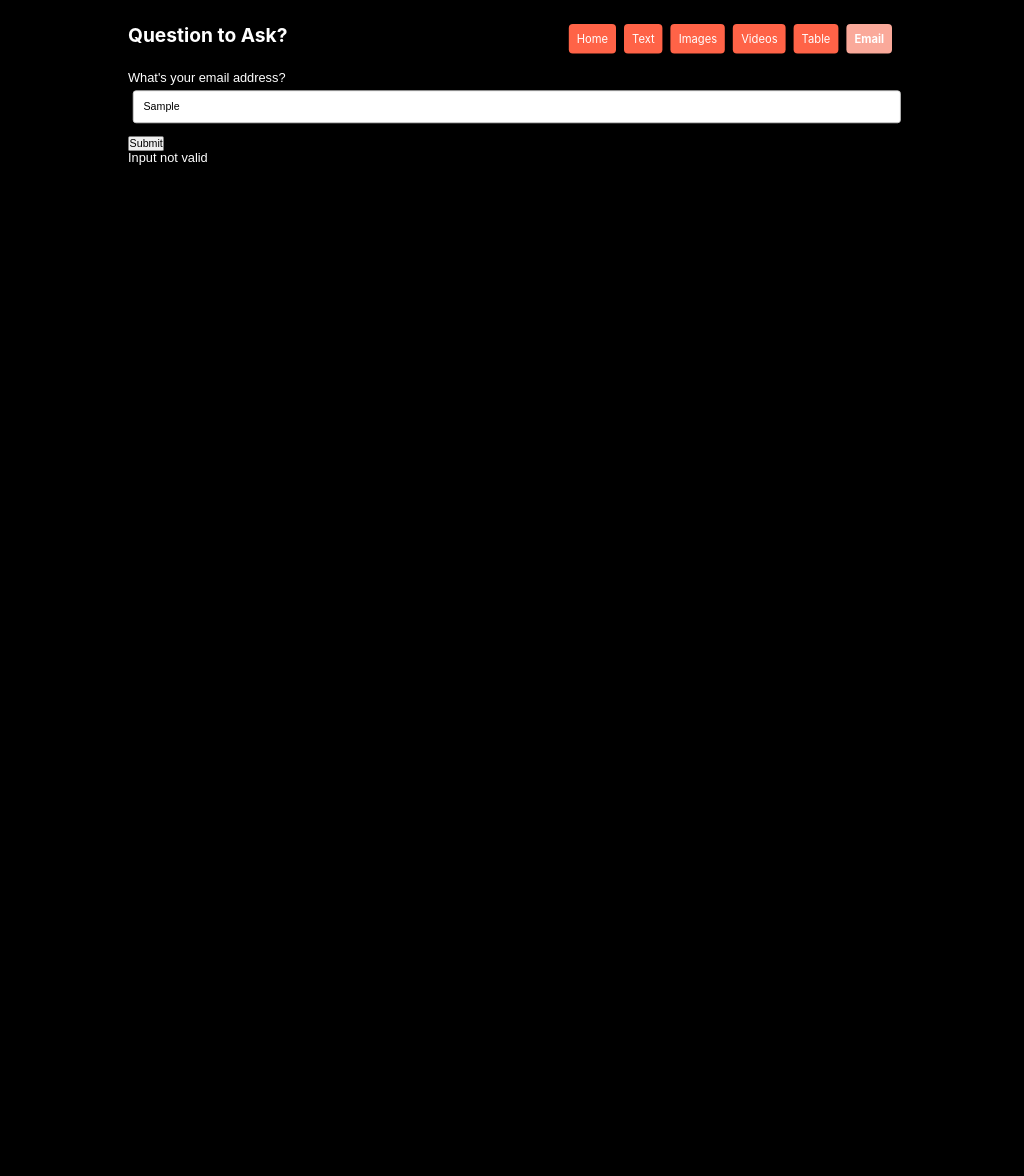
Repository: luhan68/personal_website
Page: email.html
An editor plug-in stored every save of this project. The page is shown before and after the next save, followed by the edit.
The browser window is 1280 px wide. The pictures show the whole page, at 80% of full size.
Empty fields were first filled with sample values (such as "Sample", 5 or name@example.com).
After loading, the first visible `button` was clicked once.

Above is the page before, as saved 2021-01-30 23:08:55.

After the next save:
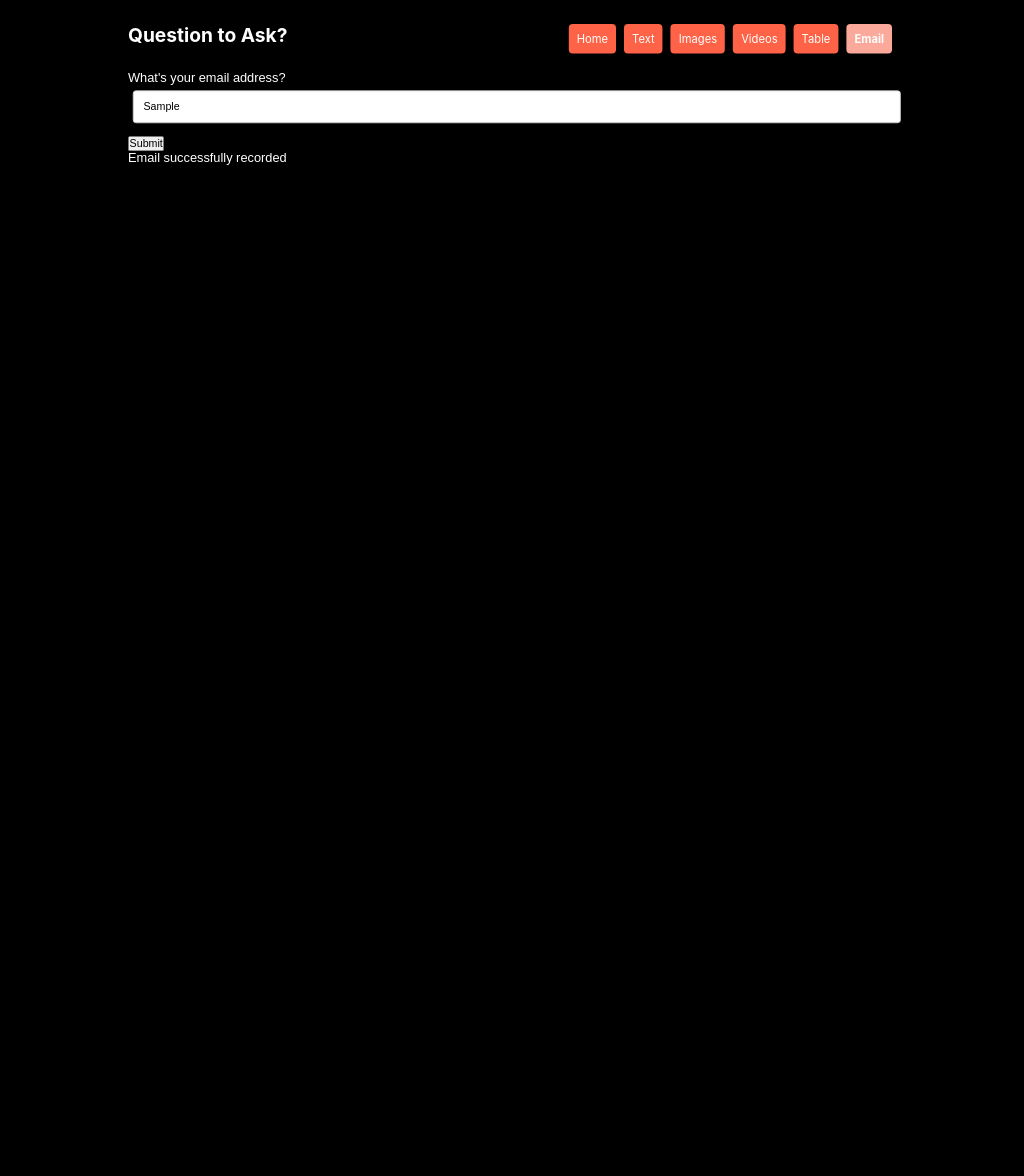
Saved 26 s later.
--- a/script.js
+++ b/script.js
@@ -30,9 +30,9 @@
   x = document.getElementById("email").value;
 
   if (isNaN(x) || x < 1 || x > 10) {
-    text = "Input not valid";
+    text = "Email successfully recorded";
   } else {
-    text = "Input OK";
+    text = "Invalid email address.";
   }
   document.getElementById("notice").innerHTML = text;
 }
